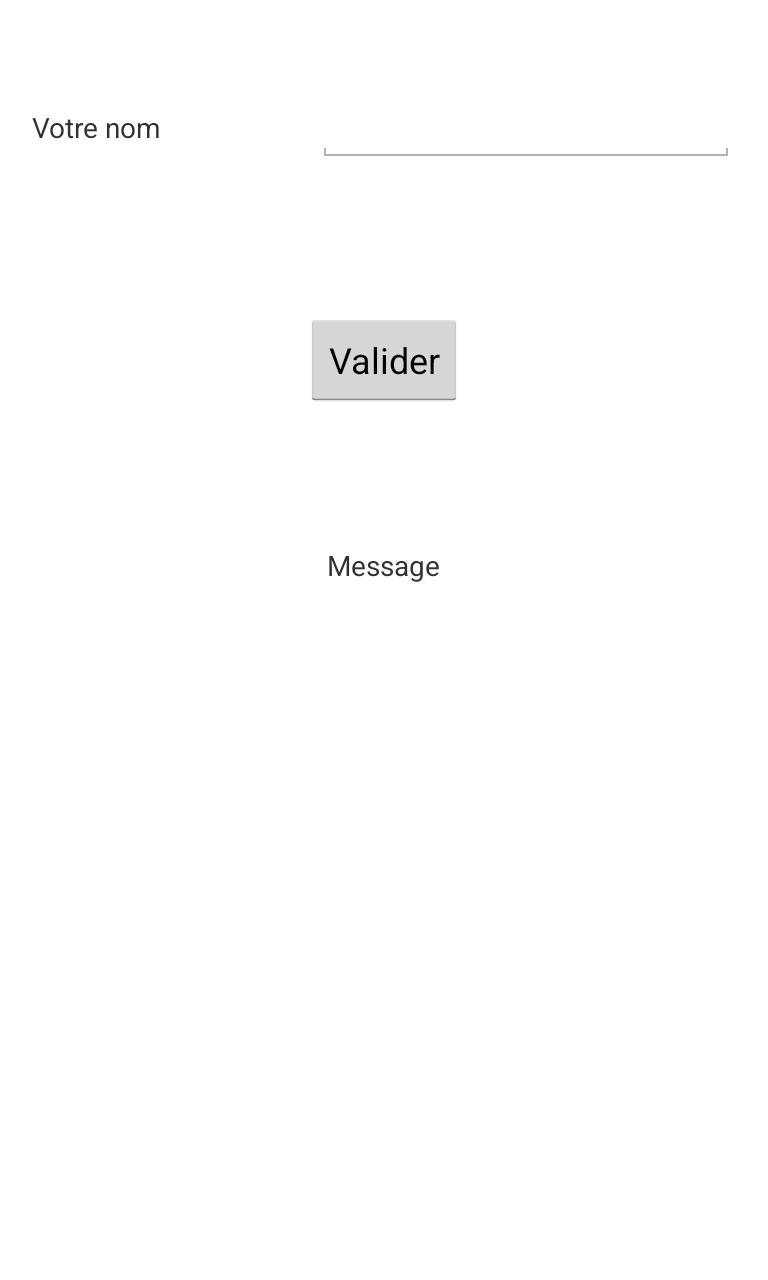
Repository: mikaelpopowicz/cours
Layout: graph/Exemple/res/layout/activity_main.xml
An editor plug-in stored every save of this project. The layout is shown before and after the next save, followed by the edit.
It is drawn on a 768 x 1280 px phone screen (xhdpi) without system bars, with theme AppTheme; the app's code is not run.

Above is the layout before, as saved 2014-02-04 16:53:32.

### graph/Exemple/res/layout/activity_main.xml
<RelativeLayout xmlns:android="http://schemas.android.com/apk/res/android"
    xmlns:tools="http://schemas.android.com/tools"
    android:id="@+id/App"
    android:layout_width="match_parent"
    android:layout_height="match_parent"
    android:paddingBottom="@dimen/activity_vertical_margin"
    android:paddingLeft="@dimen/activity_horizontal_margin"
    android:paddingRight="@dimen/activity_horizontal_margin"
    android:paddingTop="@dimen/activity_vertical_margin"
    tools:context=".MainActivity" >

    <EditText
        android:id="@+id/ideditNom"
        android:layout_width="wrap_content"
        android:layout_height="wrap_content"
        android:layout_alignBaseline="@+id/idNom"
        android:layout_alignBottom="@+id/idNom"
        android:layout_alignParentRight="true"
        android:ems="10" />

    <TextView
        android:id="@+id/idNom"
        android:layout_width="wrap_content"
        android:layout_height="wrap_content"
        android:layout_alignParentLeft="true"
        android:layout_alignParentTop="true"
        android:layout_marginTop="38dp"
        android:text="Votre nom" />

    <Button
        android:id="@+id/idValider"
        android:layout_width="wrap_content"
        android:layout_height="wrap_content"
        android:layout_below="@+id/ideditNom"
        android:layout_centerHorizontal="true"
        android:layout_marginTop="74dp"
        android:text="Valider" />

    <TextView
        android:id="@+id/Message"
        android:layout_width="wrap_content"
        android:layout_height="wrap_content"
        android:layout_below="@+id/idValider"
        android:layout_centerHorizontal="true"
        android:layout_marginTop="69dp"
        android:text="Message" />

</RelativeLayout>

Loaded but not shown: graph/Exemple/res/values/styles.xml (common file); graph/Exemple/res/values-v11/styles.xml (common file); graph/Exemple/res/values-v14/styles.xml (common file); graph/Exemple/res/values/dimens.xml (common file)

After the next save:
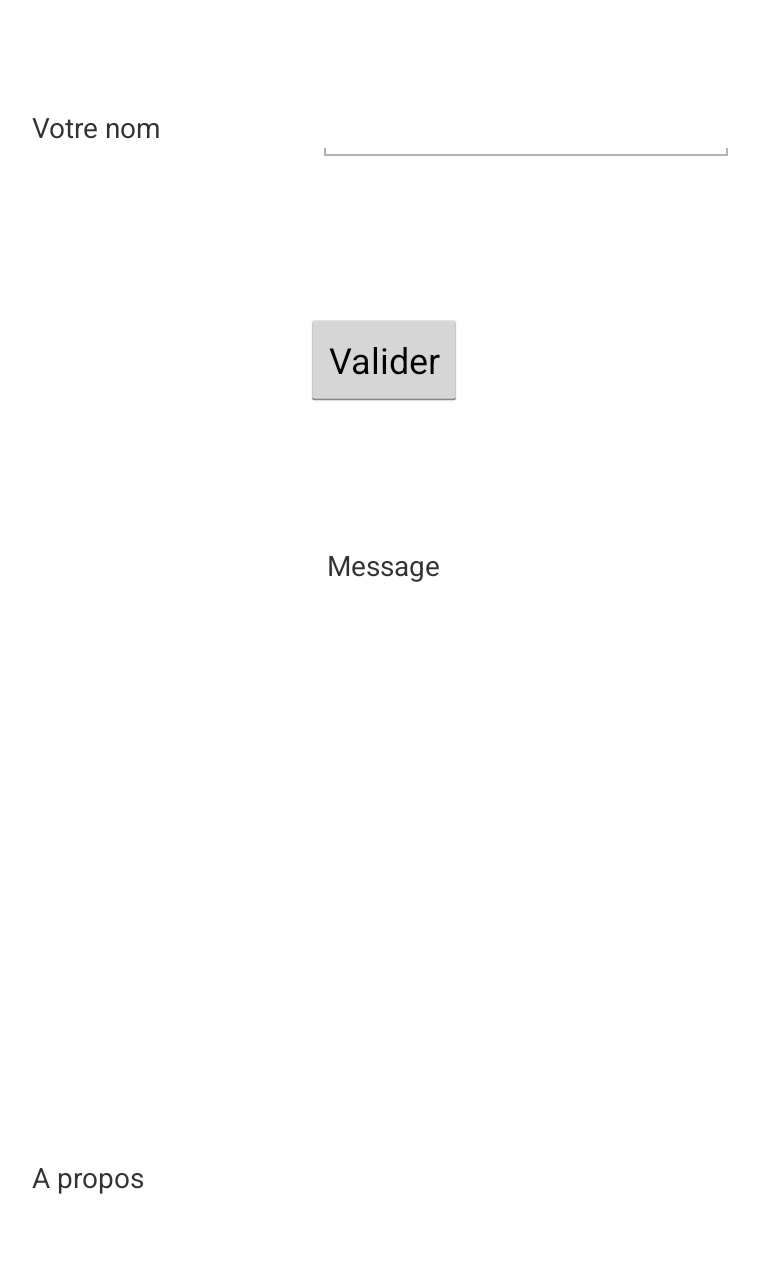
Saved 6 days later.
--- a/graph/Exemple/res/layout/activity_main.xml
+++ b/graph/Exemple/res/layout/activity_main.xml
@@ -45,4 +45,13 @@
         android:layout_marginTop="69dp"
         android:text="Message" />
 
+    <TextView
+        android:id="@+id/About"
+        android:layout_width="wrap_content"
+        android:layout_height="wrap_content"
+        android:layout_alignLeft="@+id/idNom"
+        android:layout_alignParentBottom="true"
+        android:layout_marginBottom="26dp"
+        android:text="A propos" />
+
 </RelativeLayout>
